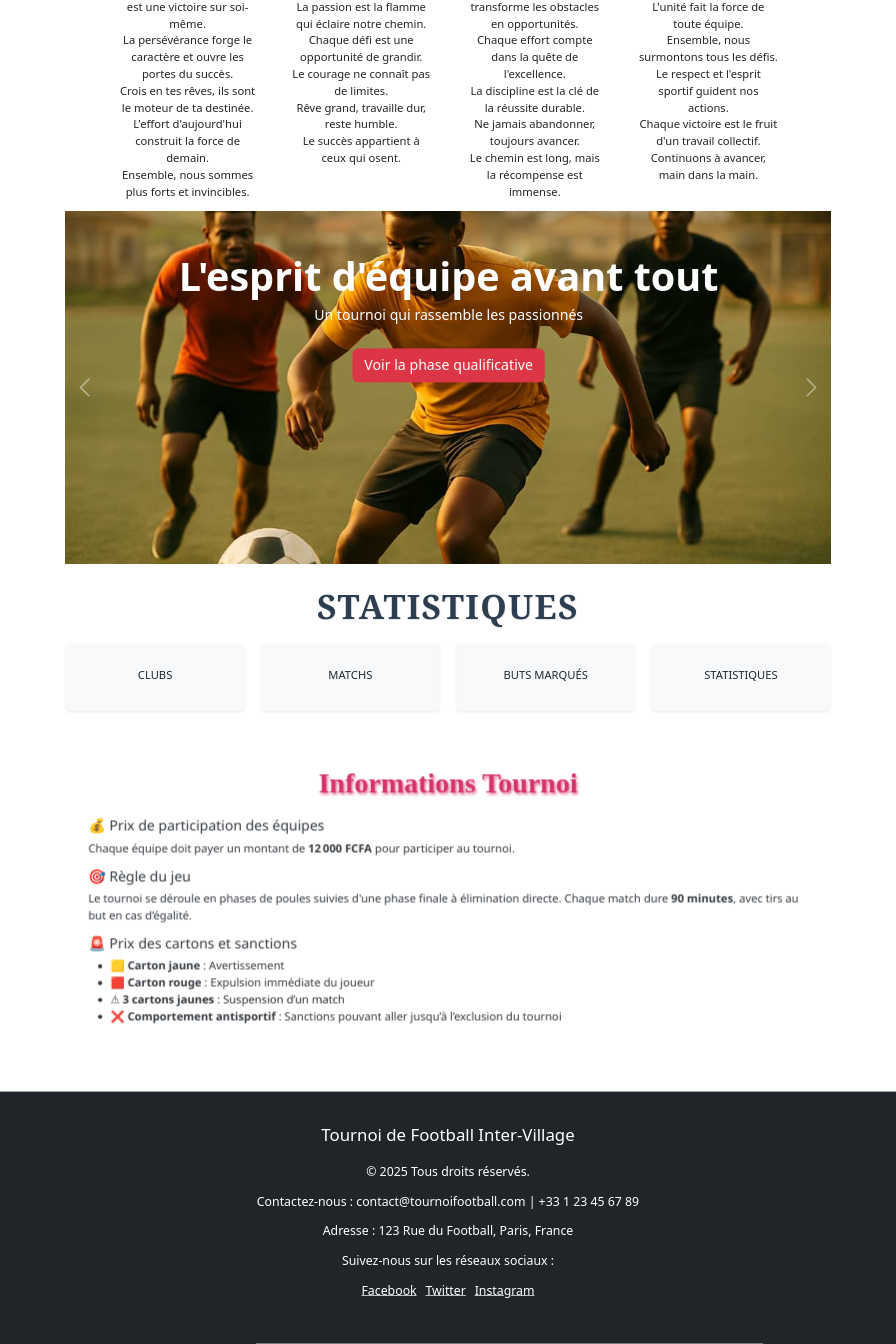
Repository: KILAYOSSI/tournoi_foot
Page: templates/pages/home.html.twig
These files come from the project's save history. The page is drawn as it stood at one moment and after the next save; the edit follows.
The browser window is 1280 px wide. The pictures show the part of the page from y = 728 to 2648 px (the page is 2648 px tall), at 70% of full size.
The page is a Twig template of a Symfony application; nobody is signed in and links lead nowhere. The template is opened directly, without the code that normally fills it, so the values that code supplies are empty.

Above is the page before, as saved 2025-06-27 02:23:58.

After the next save:
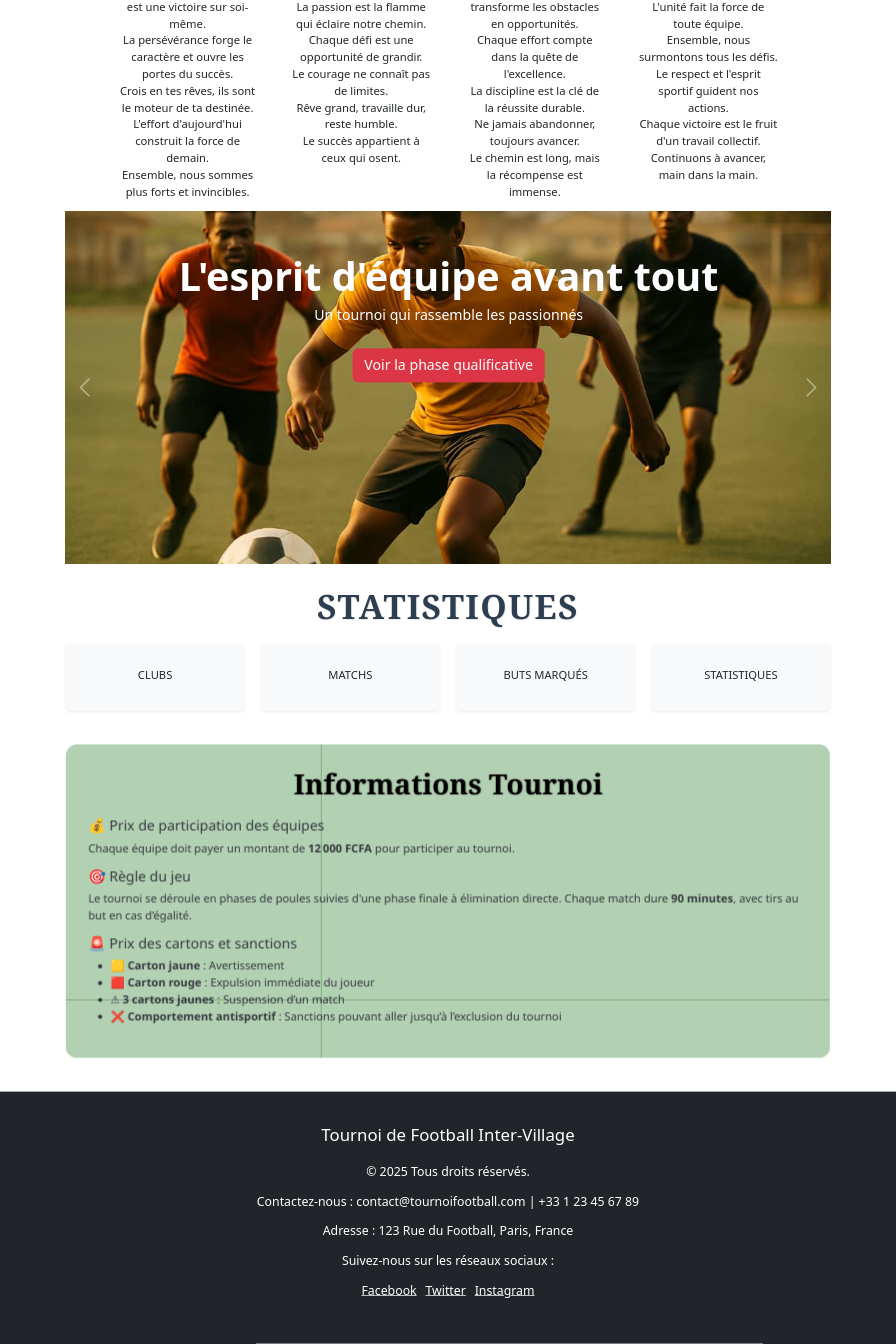
Saved 3 min 32 s later.
--- a/templates/pages/home.html.twig
+++ b/templates/pages/home.html.twig
@@ -180,8 +180,8 @@
         </div>
     </section>
 
-    <section class="info-tournoi-card" style="background: rgba(255, 255, 255, 0.15); backdrop-filter: blur(10px); border-radius: 1rem; padding: 2rem; margin-top: 3rem; color: #343a40; font-family: 'Segoe UI', Tahoma, Geneva, Verdana, sans-serif;">
-        <h4 style="font-family: 'Brush Script MT', cursive; font-size: 2.5rem; font-weight: 700; color: #d6336c; text-align: center; text-shadow: 2px 2px 4px rgba(214, 51, 108, 0.7); margin-bottom: 1.5rem;">Informations Tournoi</h4>
+    <section class="info-tournoi-card" style="background: rgba(0, 100, 0, 0.3); backdrop-filter: blur(10px); border-radius: 1rem; padding: 2rem; margin-top: 3rem; color: #343a40; font-family: 'Segoe UI', Tahoma, Geneva, Verdana, sans-serif;">
+        <h4 style="font-family: 'Georgia', serif; font-size: 2.5rem; font-weight: 700; color: #000000; text-align: center; text-shadow: 1px 1px 2px rgba(0, 0, 0, 0.3); margin-bottom: 1.5rem;">Informations Tournoi</h4>
         <div>
             <h5>💰 Prix de participation des équipes</h5>
             <p>Chaque équipe doit payer un montant de <strong>12 000 FCFA</strong> pour participer au tournoi.</p>
